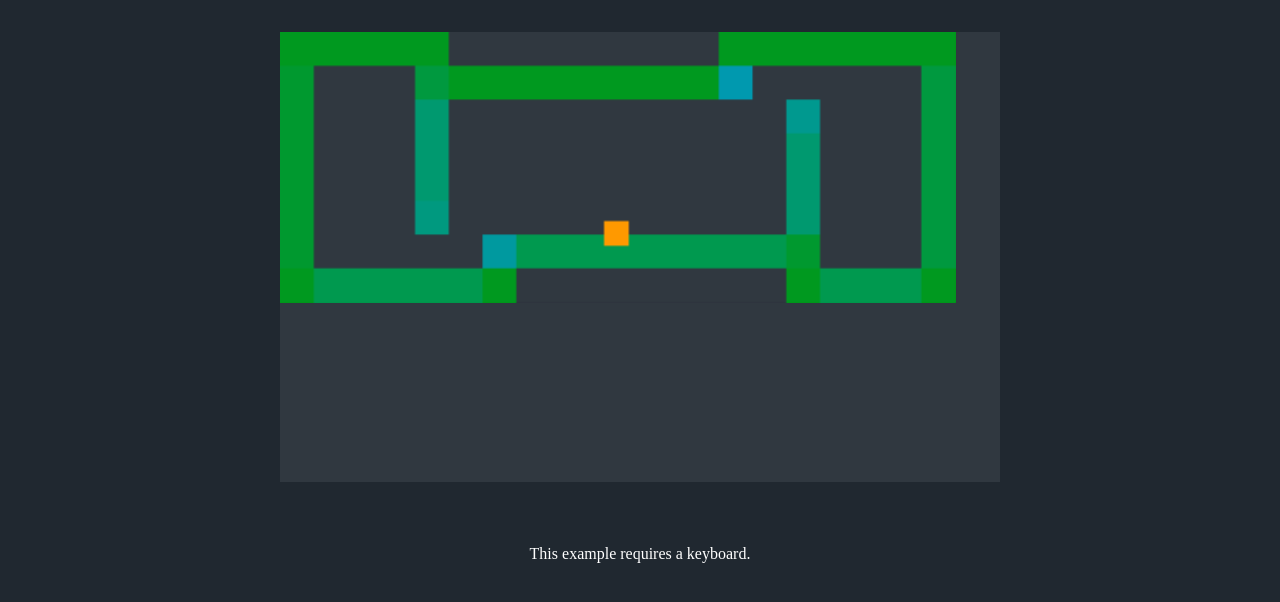
Repository: jh0l/WorldsHardestGame
Page: index.html
An editor plug-in stored every save of this project. The page is shown before and after the next save, followed by the edit.
The browser window is 1280 px wide. The pictures show the whole page.

Above is the page before, as saved 2018-07-19 00:14:28.

After the next save:
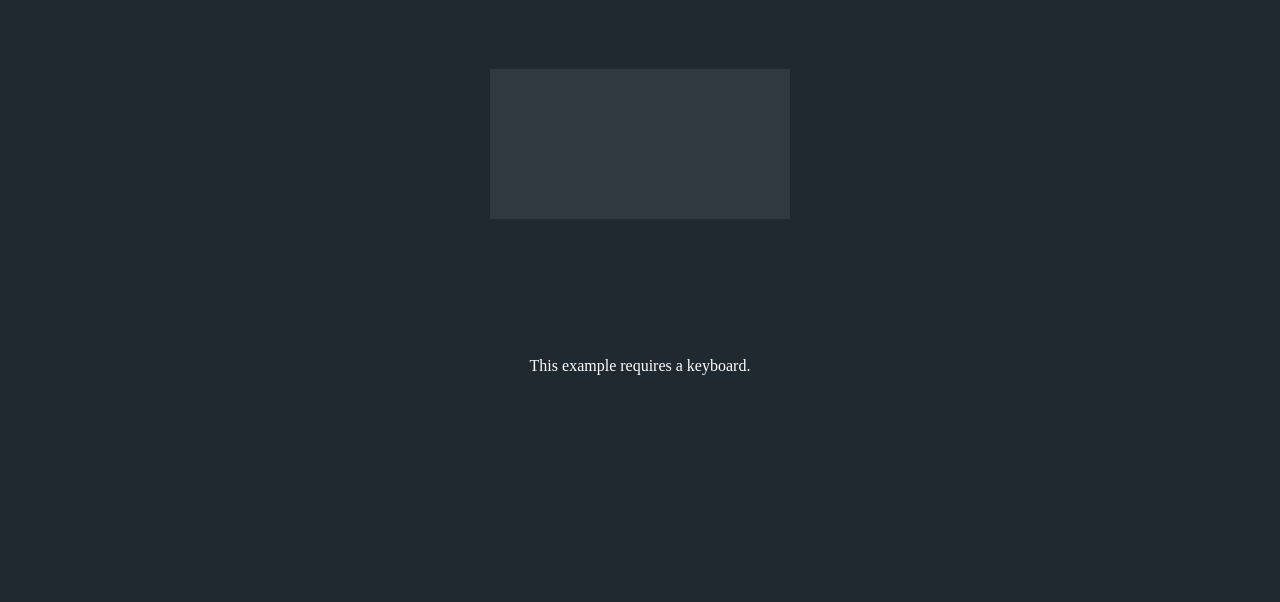
Console error: SyntaxError: Missing initializer in const declaration
Saved 2 min 22 s later.
--- a/src/index.js
+++ b/src/index.js
@@ -28,7 +28,7 @@
       }
     }
   };
-  const tileValColor = val => {
+  const tileValColor = val, fillStyle => {
     if (val > 0 && val < 10) {
       return "#0099" + val + "f";
     }
@@ -45,7 +45,7 @@
 
     render: function() {
       for (let index = game.world.map.length - 1; index > -1; --index) {
-        this.buffer.fillStyle = tileValColor(game.world.map[index]);
+        tileValColor(game.world.map[index], this.buffer.fillStyle);
         this.buffer.fillRect(
           (index % game.world.columns) * game.world.tile_size,
           Math.floor(index / game.world.columns) * game.world.tile_size,

After the save that followed:
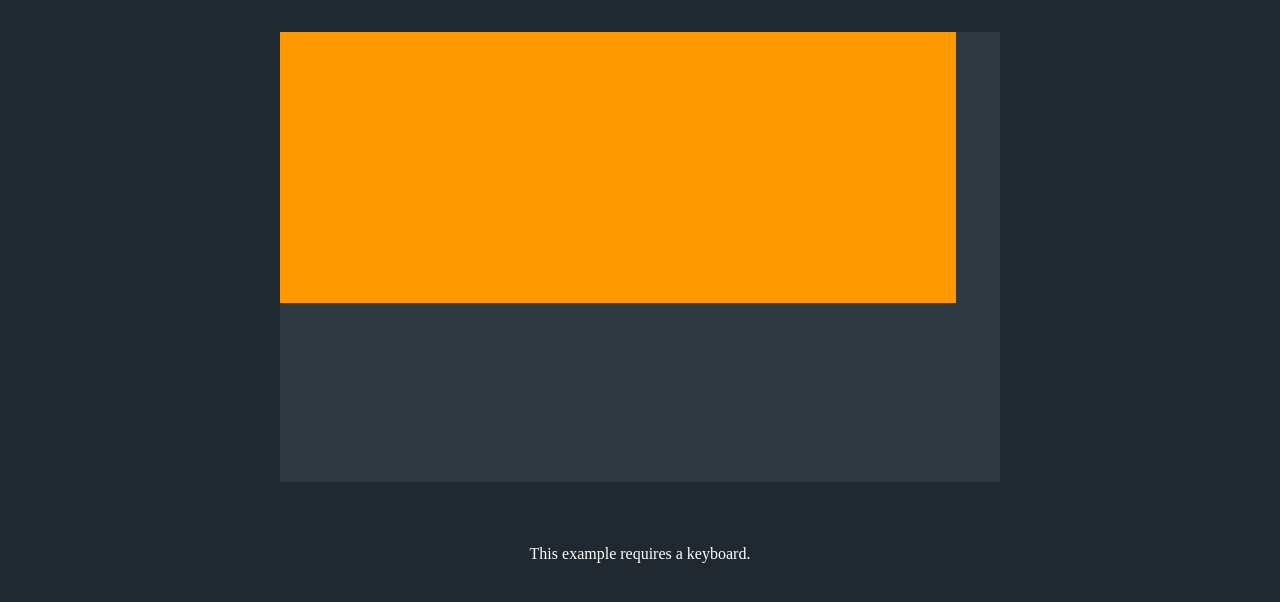
The error is gone.
Saved 4 s later.
--- a/src/index.js
+++ b/src/index.js
@@ -28,7 +28,7 @@
       }
     }
   };
-  const tileValColor = val, fillStyle => {
+  const tileValColor = (val, fillStyle) => {
     if (val > 0 && val < 10) {
       return "#0099" + val + "f";
     }
